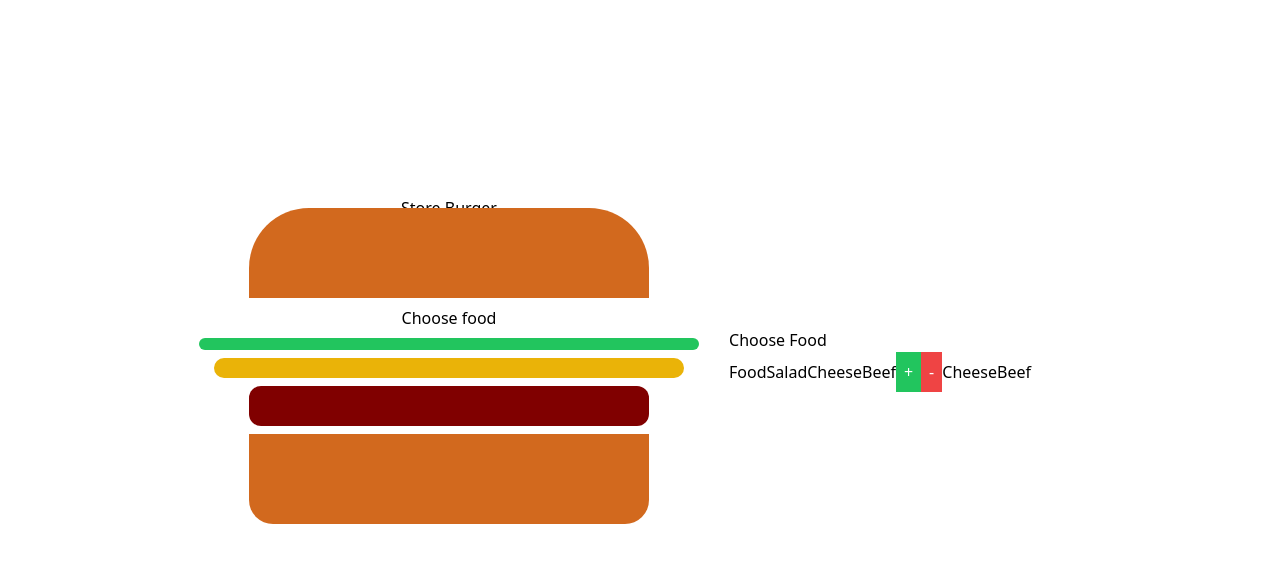
Repository: baobaodeveloper/bootcamp21_HuynhAnhBao_Burger
Page: /
These files come from the project's save history. The page is drawn as it stood at one moment and after the next save; the edit follows.
The browser window is 1280 px wide. The pictures show the whole page.
The project was rebuilt for these pictures with package versions that can differ from the ones it lists, and the page was loaded fresh each time. Also part of the build but not shown: vite.config.js.

Above is the page before, as saved 2022-05-15 16:58:50.

### src/App.jsx
import Burger from "./components/Burger";

function App() {
  return <Burger></Burger>;
}

export default App;

### src/components/Burger.jsx
import React from "react";

export default function Burger() {
  return (
    <div>
      <div className="flex items-center gap-x-20  w-screen h-screen mx-auto justify-center">
        <div className="flex flex-col justify-center items-center gap-y-2 w-[400px]">
          <h2 className="mb-10">Store Burger</h2>
          <div className="bg-[#D2691E] w-full h-[30px] relative">
            <div className="bg-[#D2691E] w-full h-[60px] absolute top-0 left-0 -translate-y-[60px] rounded-tl-full rounded-tr-full"></div>
          </div>
          <p>Choose food</p>
          {/* loop here */}
          <div className="h-3 bg-green-500 w-[500px] rounded-full"></div>
          <div className="h-5 bg-yellow-500 w-[470px] rounded-full"></div>
          <div className="h-10 bg-[#800000] w-[400px] rounded-xl"></div>

          <div className="w-full bg-[#D2691E] h-[90px] rounded-br-3xl rounded-bl-3xl"></div>
        </div>

        <div className="">
          <h2>Choose Food</h2>
          <div className="flex items-center">
            <div>
              <span>Food</span>
              <span>Salad</span>
              <span>Cheese</span>
              <span>Beef</span>
            </div>
            <div>
              <span></span>
              <span>
                <button className="p-2 bg-green-500 text-white">+</button>
                <button className="p-2 bg-red-500 text-white">-</button>
              </span>
              <span>Cheese</span>
              <span>Beef</span>
            </div>
          </div>
        </div>
      </div>
    </div>
  );
}

Loaded but not shown: index.html (common file); src/main.jsx (common file); src/index.scss (common file); tailwind.config.js (common file)

After the next save:
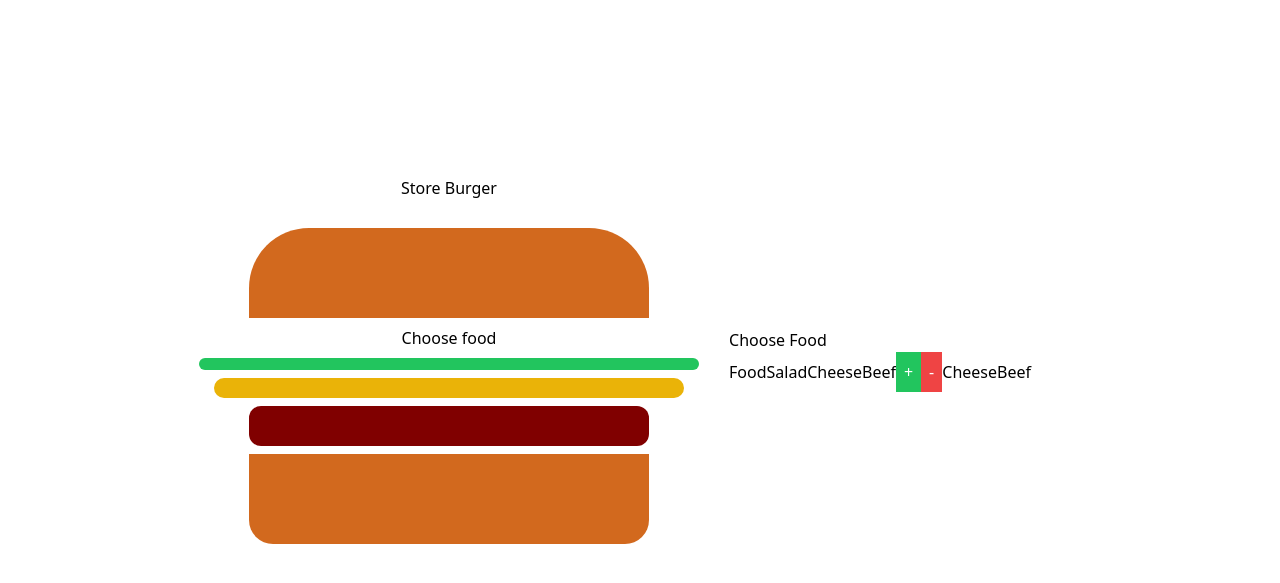
Saved 4 s later.
--- a/src/components/Burger.jsx
+++ b/src/components/Burger.jsx
@@ -5,7 +5,7 @@ export default function Burger() {
     <div>
       <div className="flex items-center gap-x-20  w-screen h-screen mx-auto justify-center">
         <div className="flex flex-col justify-center items-center gap-y-2 w-[400px]">
-          <h2 className="mb-10">Store Burger</h2>
+          <h2 className="mb-20">Store Burger</h2>
           <div className="bg-[#D2691E] w-full h-[30px] relative">
             <div className="bg-[#D2691E] w-full h-[60px] absolute top-0 left-0 -translate-y-[60px] rounded-tl-full rounded-tr-full"></div>
           </div>
